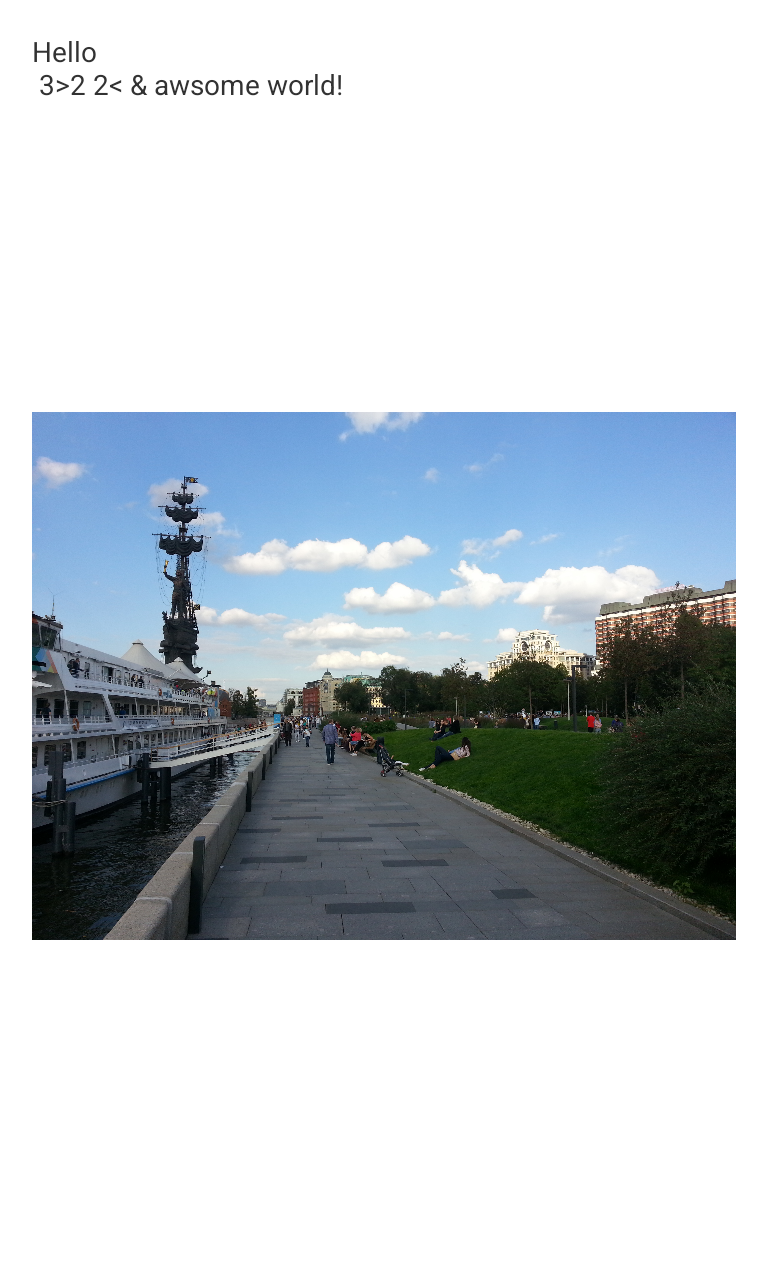
Repository: b4w/Android
Layout: courseraAndroid101/Awesome2a/res/layout/activity_main.xml
The author's editor kept a copy of each file at every save. The layout is drawn from the files as they stood at one save, then again after the next save.
It is drawn on a 768 x 1280 px phone screen (xhdpi) without system bars, with theme AppTheme; the app's code is not run.

Above is the layout before, as saved 2014-11-02 18:12:44.

After the next save:
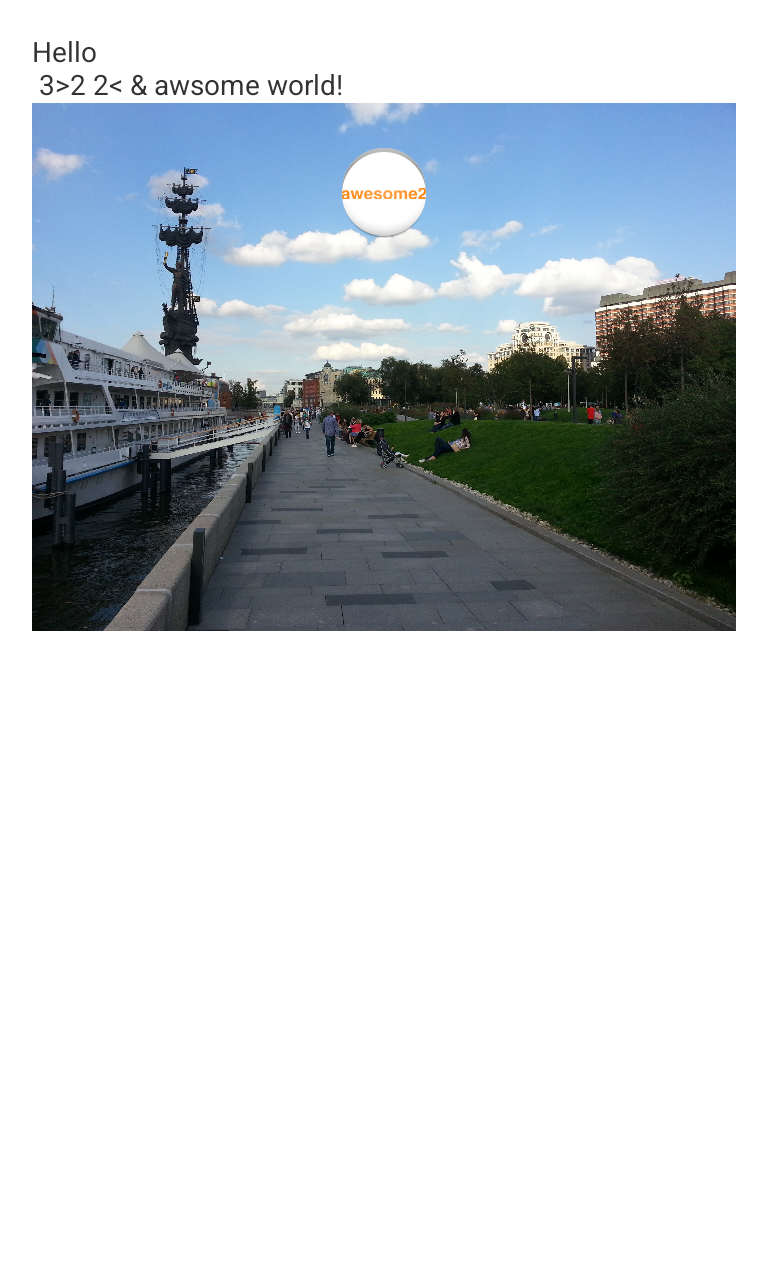
Saved 14 h 13 min later.
--- a/courseraAndroid101/Awesome2a/res/layout/activity_main.xml
+++ b/courseraAndroid101/Awesome2a/res/layout/activity_main.xml
@@ -15,11 +15,23 @@
         android:text="@string/hello_world" />
 
     <ImageView
-        android:id="@+id/imageView1"
+        android:id="@+id/imageView4"
         android:layout_width="wrap_content"
         android:layout_height="wrap_content"
         android:layout_alignLeft="@+id/textView1"
+        android:contentDescription="@string/park"
         android:layout_below="@+id/textView1"
+        android:adjustViewBounds="true"
+        android:scaleType="fitXY"
         android:src="@drawable/park" />
 
+    <ImageView
+        android:id="@+id/imageView2"
+        android:layout_width="wrap_content"
+        android:layout_height="wrap_content"
+        android:layout_below="@+id/imageView1"
+        android:layout_centerHorizontal="true"
+        android:layout_marginTop="56dp"
+        android:src="@drawable/ic_launcher" />
+
 </RelativeLayout>
